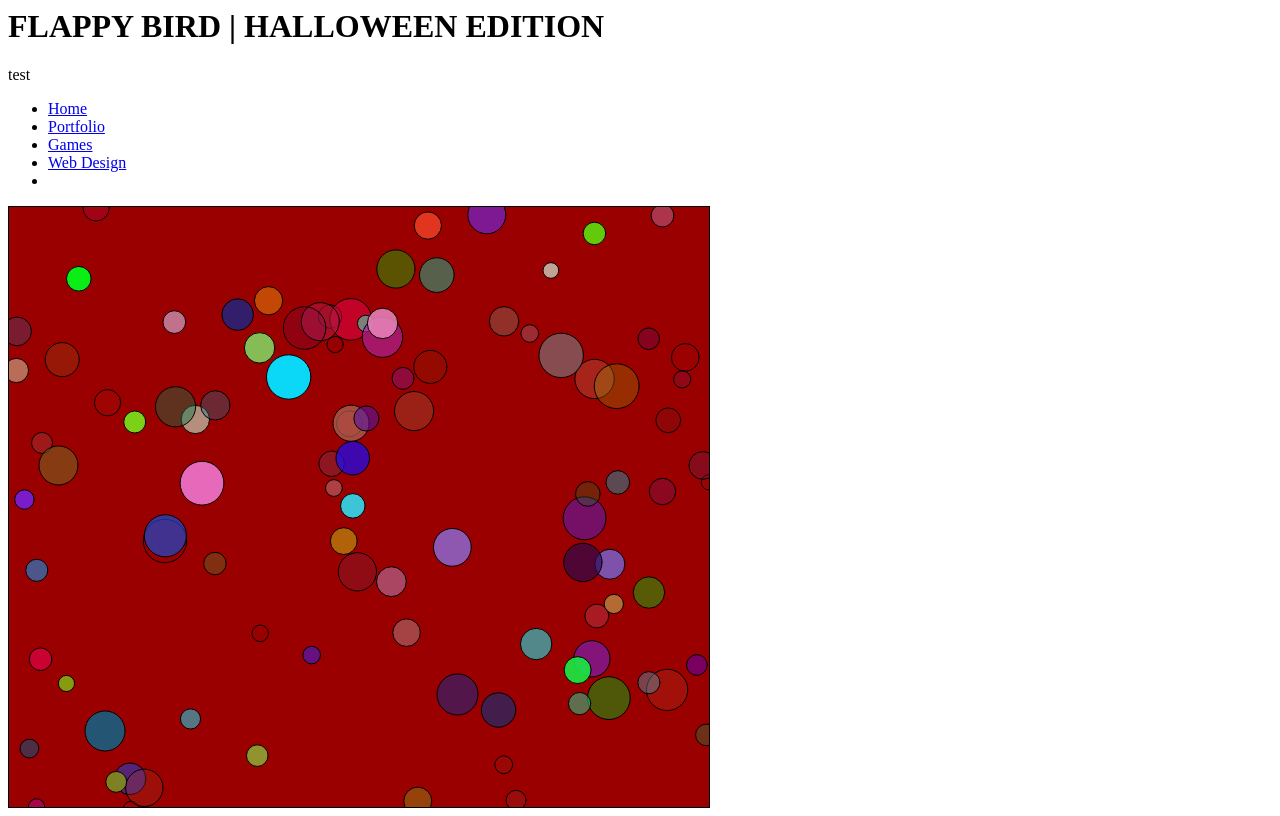
Repository: raidrn/raidrn.github.io
Page: mygame.html
The author's editor kept a record of every edit. The page is drawn from the files as they stood at one moment, then again after the next edit.
The browser window is 1280 px wide. The pictures show the whole page.

Above is the page before.

After the next edit:
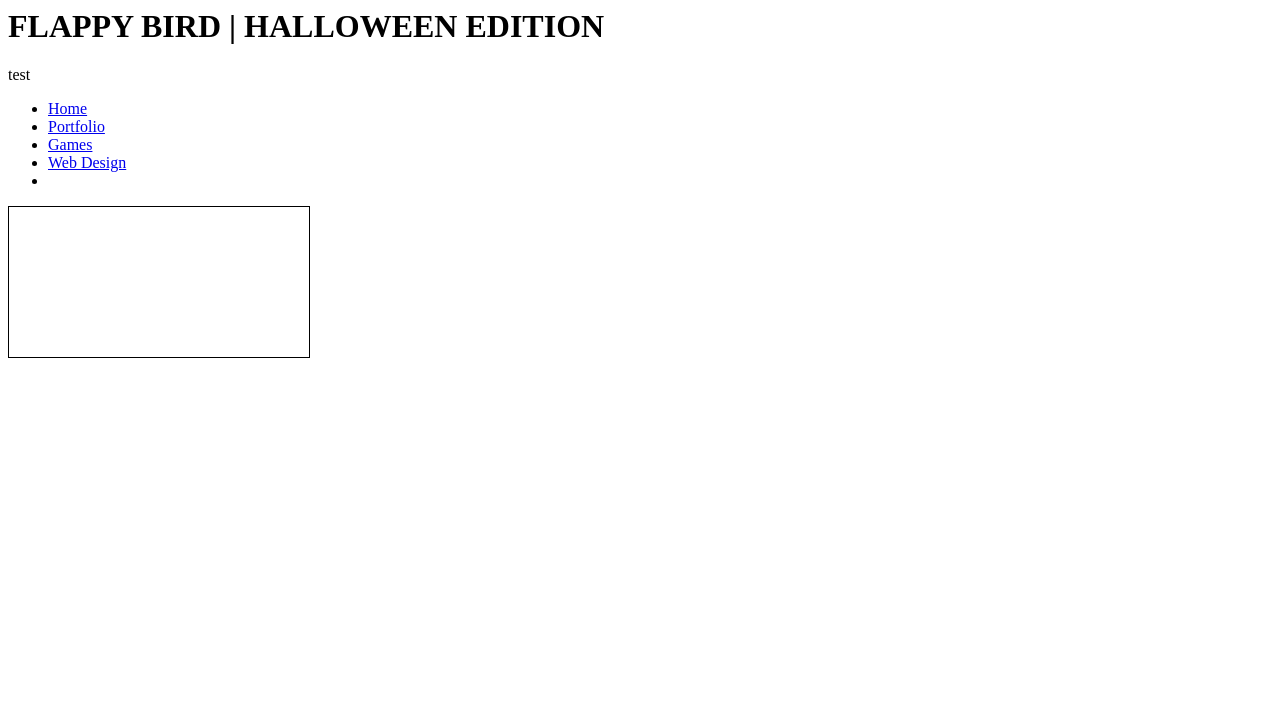
The edit:
--- a/mygame.html
+++ b/mygame.html
@@ -28,60 +28,11 @@
 
     <script type="text/processing">
 
-     Ball[] ball;
+     PImage bg, ghost, upPipe, downPipe;  //VIDEO TIME: 8:46
+     int bgx, bgy, gx, gy, g, Vgy;
+     int[] pipeX,pipeY; //DECLARE two arrays
+     int gameRec, pipesPassed;
 
-      void setup(){
-        size(700, 600);
-        frameRate(100);
-        ball = new Ball[100];
-        for(int i = 0; i < ball.length; i++){
-            ball[i] = new Ball();
-        }
-      }
-
-
-
-      void draw(){
-          background(155,0,0);
-            for(int i = 0; i < ball.length; i++){
-                ball[i].display();
-            }
-
-      }
-      class Ball{
-
-          float x;
-          float y;
-          float Vx;
-          float Vy;
-          float r,g,b,o;
-          float d;
-
-          Ball(){
-              x = random(width);
-              y = random(height);
-              Vx = random(-5,5);
-              Vy = random(-5,5);
-              r = random(255);
-              g = random(255);
-              b = random(255);
-              o = random(255);
-              d = random(30) + 15;
-          }
-
-          void display(){
-              fill(r,g,b,o);
-              ellipse(x,y,d,d);
-              x += Vx;
-              y += Vy;
-              if(x > width || x < 0){
-                  Vx *= -1;
-              }
-              if(y > height || y < 0){
-                  Vy *= -1;
-              }
-          }
-    }
 
 
     </script>
